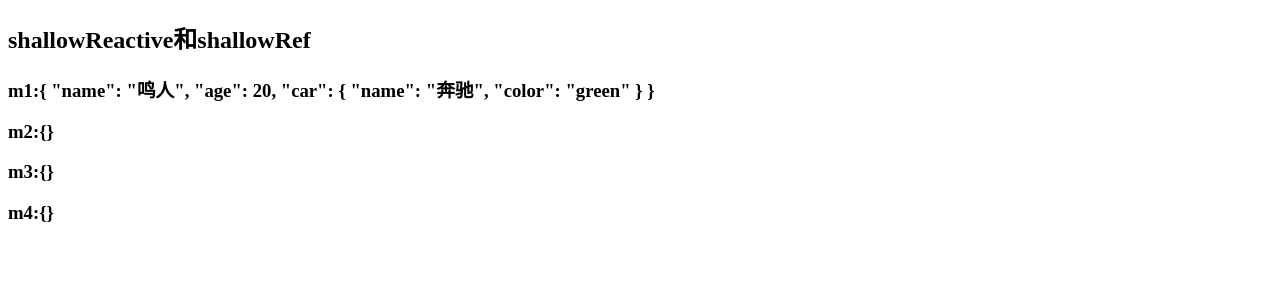
Repository: zhuhongxiang/Vue3.0-TSLeaning
Page: / (app in 04_Vue3/vue3_learning/)
These files come from the project's save history. The page is drawn as it stood at one moment and after the next save; the edit follows.
The browser window is 1280 px wide. The pictures show the whole page.
The project was rebuilt for these pictures with package versions that can differ from the ones it lists, and the page was loaded fresh each time.

Above is the page before, as saved 2021-07-27 10:03:26.

### 04_Vue3/vue3_learning/src/main.ts
// 程序的主入口文件，ts文件，是main.ts
// 引入createApp函数，创建对应的应用产生应用的实例对象
import { createApp } from 'vue'
// 引入App组件（所有组件的父级组件）
import App from './App.vue'
// 创建App应用返回对应的实例对象，调用mount方法进行挂载
createApp(App).mount('#app')

### 04_Vue3/vue3_learning/src/App.vue
<template>
  <h2>shallowReactive和shallowRef</h2>
  <h3>m1:{{ m1 }}</h3>
  <h3>m2:{{ m2 }}</h3>
  <h3>m3:{{ m3 }}</h3>
  <h3>m4:{{ m4 }}</h3>
</template>

<script lang='ts'>
import {
  defineComponent,
  reactive,
  ref,
  shallowReactive,
  shallowRef,
} from "vue";
export default defineComponent({
  name: "App",
  props: {},
  components: {},
  setup() {
    const m1 = reactive({
      name: "鸣人",
      age: 20,
      car: {
        name: "奔驰",
        color: "green",
      },
    });
    const m2 = shallowReactive({});
    const m3 = ref({});
    const m4 = shallowRef({});

    return {
      m1,
      m2,
      m3,
      m4,
    };
  },
});
</script>

<style scoped>
</style>

Loaded but not shown: 04_Vue3/vue3_learning/public/index.html (common file)

After the next save:
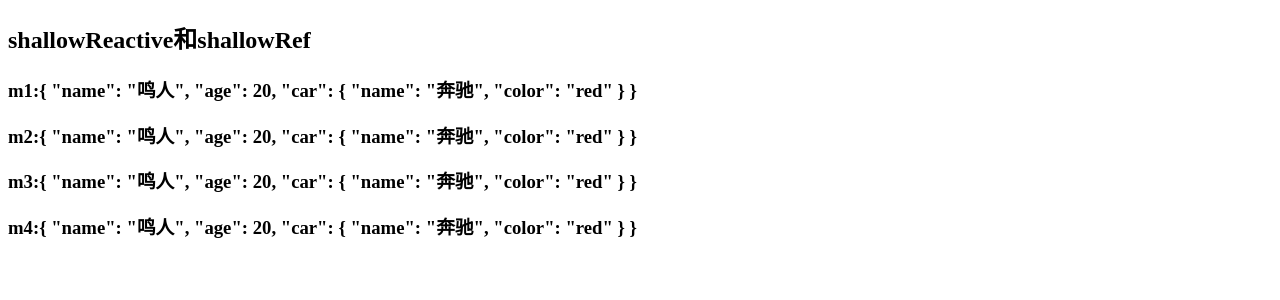
Saved 24 s later.
--- a/04_Vue3/vue3_learning/src/App.vue
+++ b/04_Vue3/vue3_learning/src/App.vue
@@ -24,12 +24,33 @@ export default defineComponent({
       age: 20,
       car: {
         name: "奔驰",
-        color: "green",
+        color: "red",
       },
     });
-    const m2 = shallowReactive({});
-    const m3 = ref({});
-    const m4 = shallowRef({});
+    const m2 = shallowReactive({
+      name: "鸣人",
+      age: 20,
+      car: {
+        name: "奔驰",
+        color: "red",
+      },
+    });
+    const m3 = ref({
+      name: "鸣人",
+      age: 20,
+      car: {
+        name: "奔驰",
+        color: "red",
+      },
+    });
+    const m4 = shallowRef({
+      name: "鸣人",
+      age: 20,
+      car: {
+        name: "奔驰",
+        color: "red",
+      },
+    });
 
     return {
       m1,
